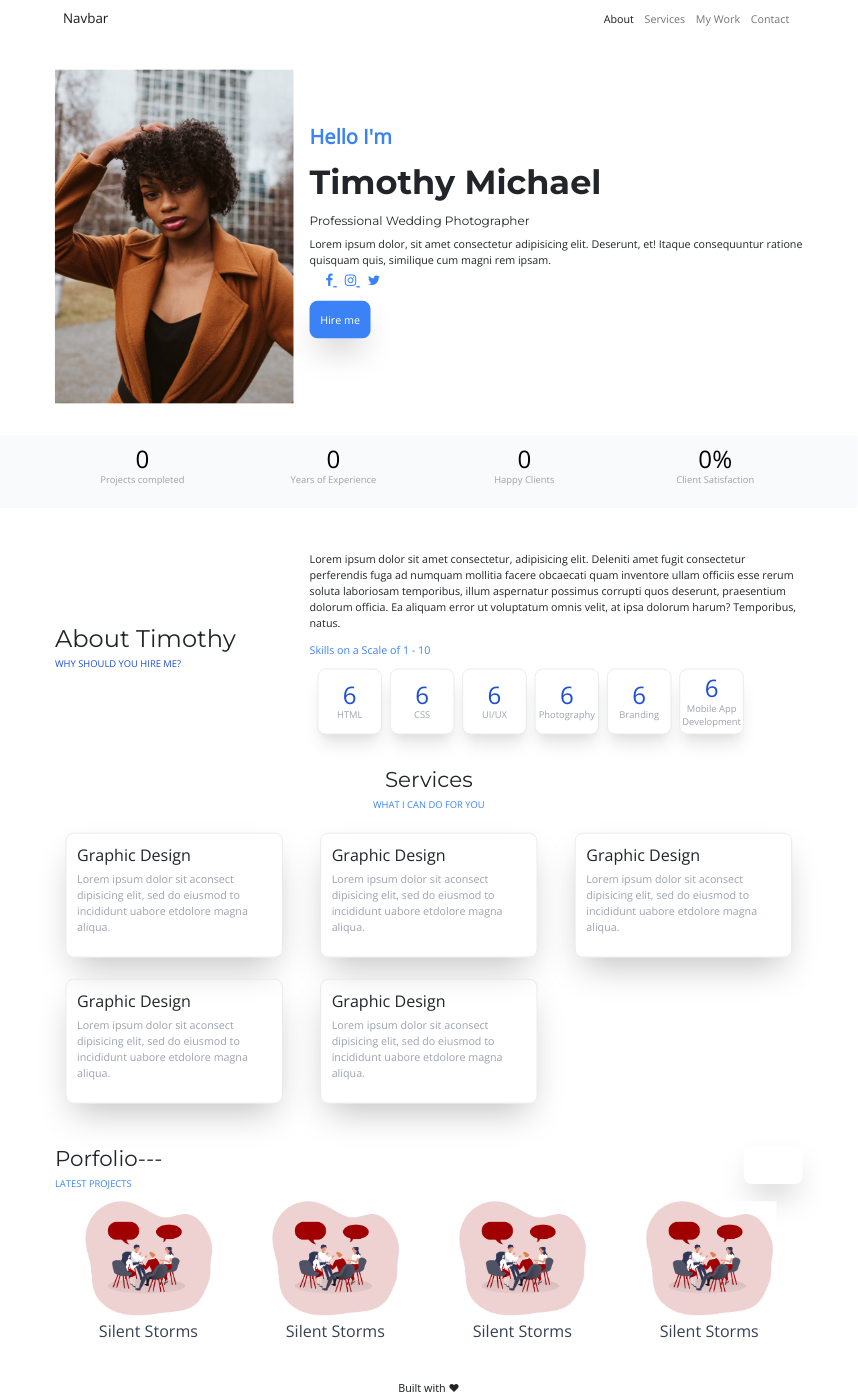
Repository: latenightsnacc/giggles
Page: HTML/freelancer.html
An editor plug-in stored every save of this project. The page is shown before and after the next save, followed by the edit.
The browser window is 1280 px wide. The pictures show the whole page, at 67% of full size.
Some web libraries are served in a nearby version.

Above is the page before, as saved 2021-01-03 16:56:09.

After the next save:
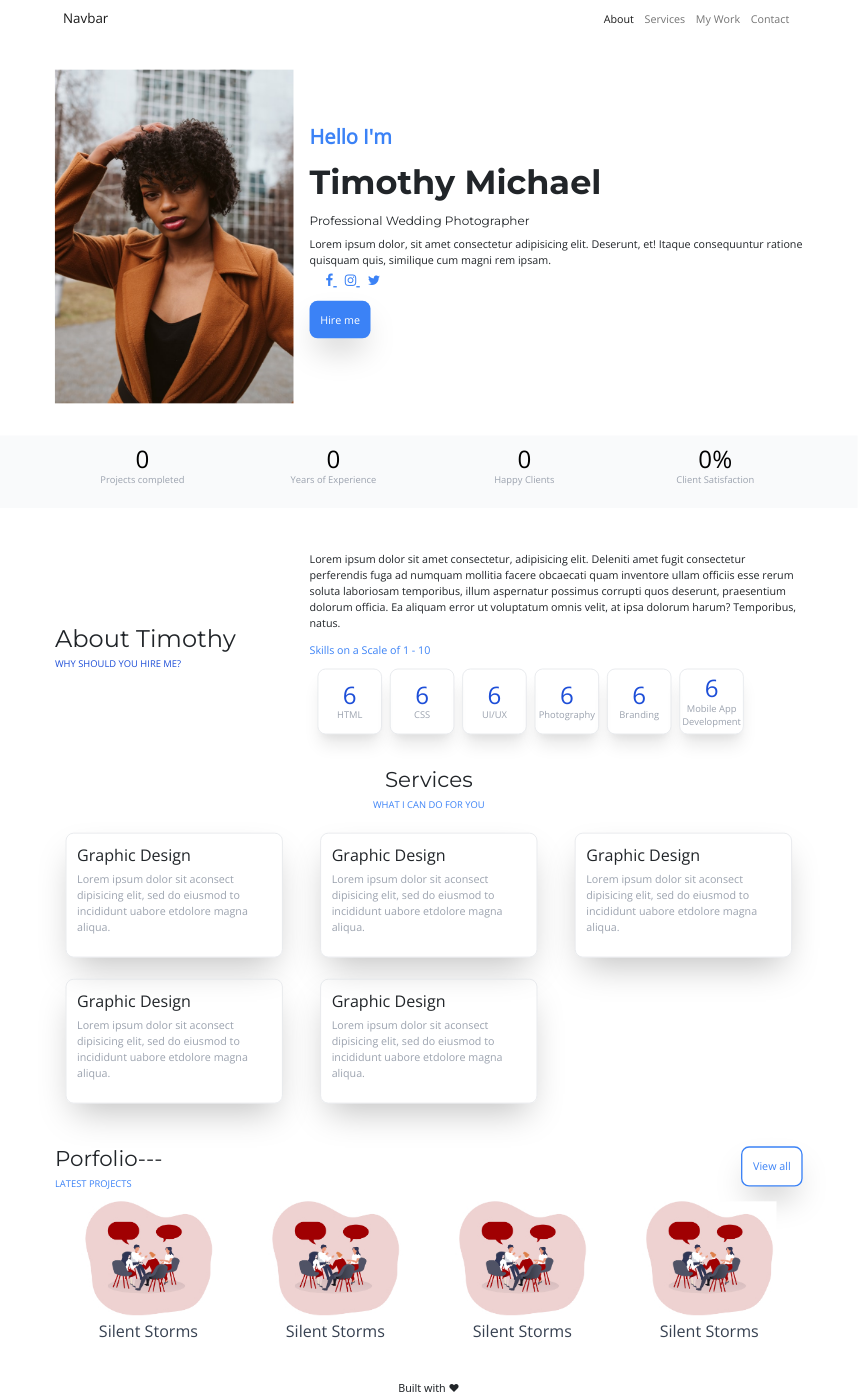
Saved 66 s later.
--- a/HTML/freelancer.html
+++ b/HTML/freelancer.html
@@ -190,7 +190,7 @@
                     <p class="text-blue-500 text-sm uppercase  uppercase">Latest Projects</p>
                 </div>
                 <div class="col-6">
-                    <button class="float-right bg-white border-blue-500 hover:bg-blue-700 text-white p-3 semi-bold rounded-xl shadow-2xl">View all</button>
+                    <button class="float-right bg-white border-2 text-blue-500 border-blue-500 hover:bg-blue-700 hover:text-white p-3 semi-bold rounded-xl shadow-2xl">View all</button>
                 </div>
             </div>
 
